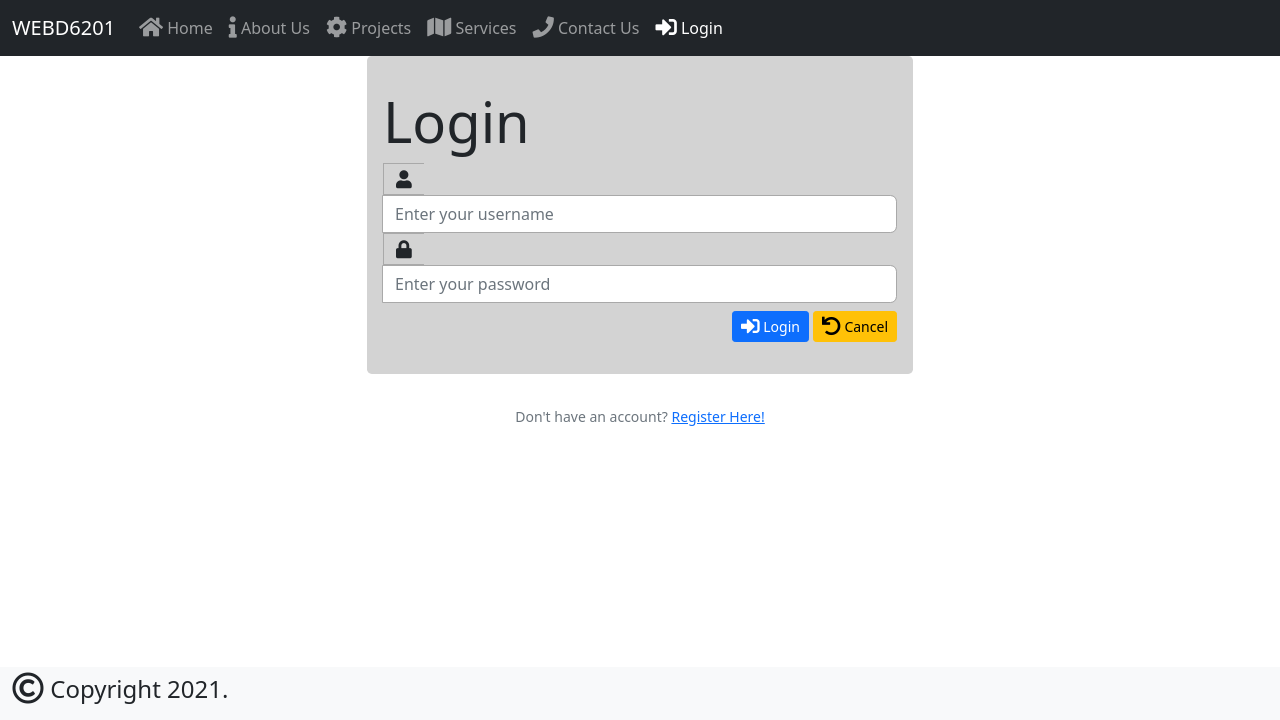
Repository: GarlicButterBoy/WEBD6201-ICE05
Page: login.html
The author's editor kept a copy of each file at every save. The page is drawn from the files as they stood at one save, then again after the next save.
The browser window is 1280 px wide. The pictures show the whole page.

Above is the page before, as saved 2021-02-18 09:06:41.

After the next save:
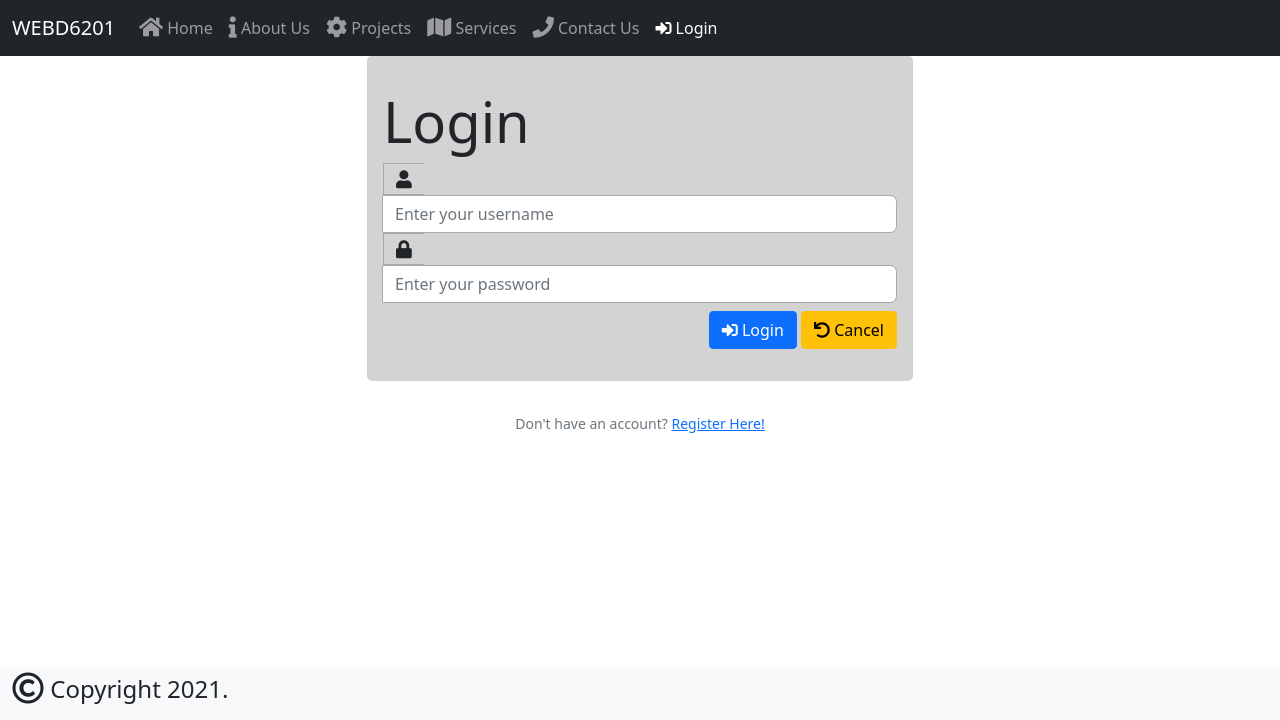
Saved 2 min 50 s later.
--- a/login.html
+++ b/login.html
@@ -40,8 +40,9 @@
                   <li class="nav-item">
                     <a class="nav-link" aria-current="page" href="contact.html"><i class="fas fa-phone fa-lg"></i> Contact Us</a>
                   </li>
+
                   <li id="login" class="nav-item">
-                    <a class="nav-link active" aria-current="page" href="login.html"><i class="fas fa-sign-in-alt fa-lg"></i> Login</a>
+                    <a class="nav-link active" aria-current="page" href="login.html"><i class="fas fa-sign-in-alt"></i> Login</a>
                   </li>
                 </ul>
               </div>
@@ -55,22 +56,18 @@
           <div class="offset-md-3 col-md-6 col-sm-12">
                 <div class="login" id="contentArea">
                     <h1 class="display-4">Login</h1>
-
-
                     <div id="messageArea"></div>
 
-
                     <form id="loginForm" novalidate>
-                      <div class="form-groupmb-2">
+                      <div class="form-group">
                         <div class="input-group">
                           <span class="input-group-addon">
                             <i class="fa fa-user">
                             </i>
                           </span>
-                          <input type="text" class="form-control" id="contactName" name="username"  required
+                          <input type="text" class="form-control" id="username" name="username"  required
                           value="" placeholder="Enter your username">
                         </div>
-
                       </div>
 
                       <div class="form-group mb-2">
@@ -85,8 +82,8 @@
 
                       </div>
                       <div class="text-end">
-                        <button id="submitButton" type="button" class="btn btn-primary btn-sm"><i class="fas fa-sign-in-alt fa-lg"></i> Login</button>
-                        <button id="cancelButton" type="button" class="btn btn-warning btn-sm"><i class="fas fa-undo fa-lg"></i> Cancel</button>
+                        <button id="loginButton" type="button" class="btn btn-primary"><i class="fas fa-sign-in-alt"></i> Login</button>
+                        <button id="cancelButton" type="button" class="btn btn-warning"><i class="fas fa-undo"></i> Cancel</button>
                       </div>
                     </form>
 
@@ -115,6 +112,5 @@
     <script src="./Scripts/namespace.js"></script>
     <script src="./Scripts/user.js"></script>
     <script src="./Scripts/app.js"></script>
-
 </body>
 </html>
